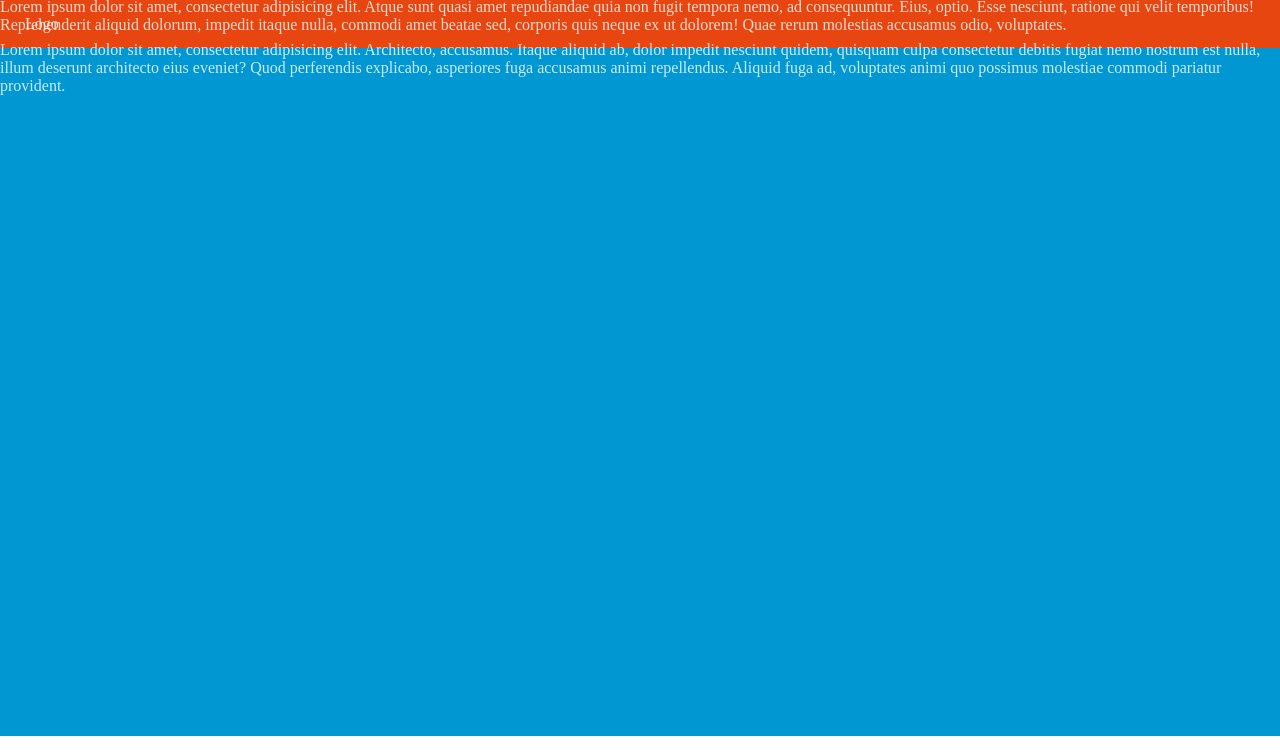
Repository: nealbrophy/CI-Responsive-Mini-Proj
Page: index.html
The author's editor kept a record of every edit. The page is drawn from the files as they stood at one moment, then again after the next edit.
The browser window is 1280 px wide. The pictures show the whole page.

Above is the page before.

After the next edit:
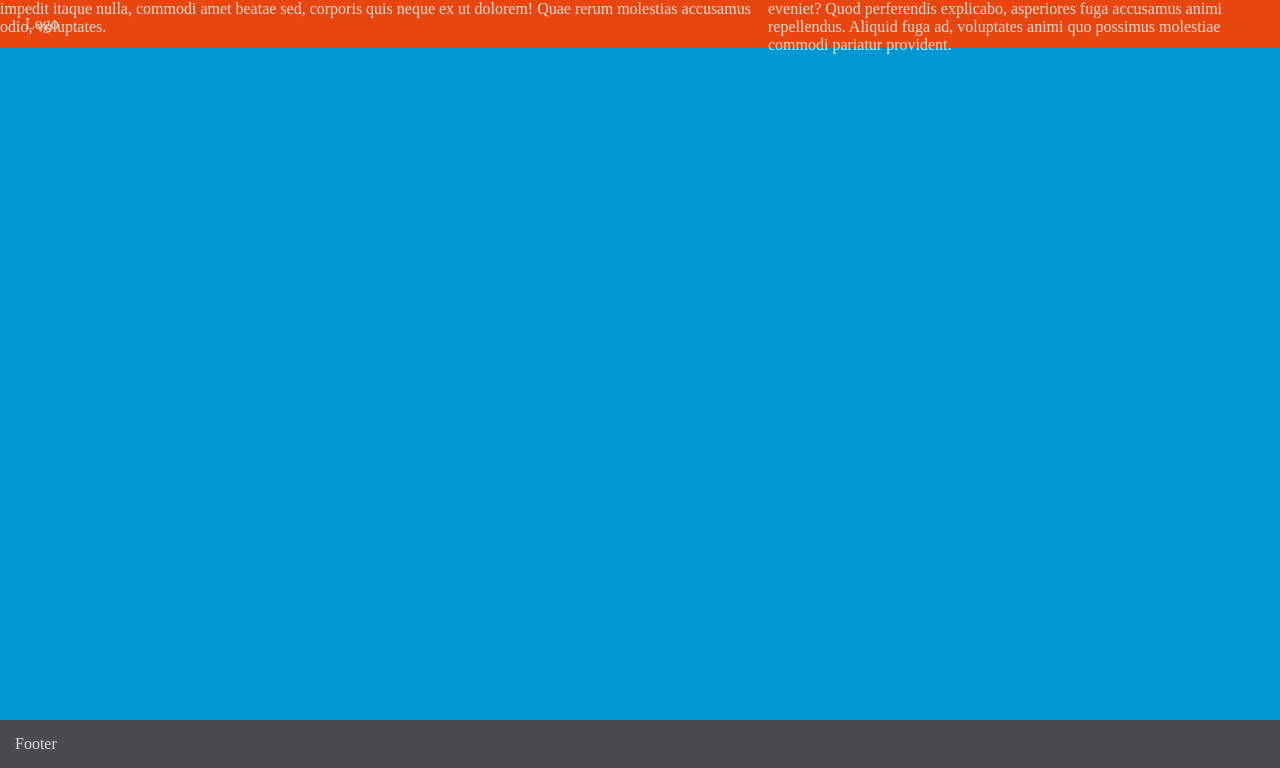
The edit:
--- a/css/style.css
+++ b/css/style.css
@@ -32,3 +32,22 @@
 .section-paragraph {
     font-size: 1em;
 }
+
+.footer {
+    background-color: #4a4a4f;
+    padding: 15px;
+}
+
+.column {
+    float: left;
+}
+
+@media (min-width: 768px) {
+    .column-60 {
+        width: 60%;
+    }
+
+    .column-40 {
+        width: 40%;
+    }
+}
